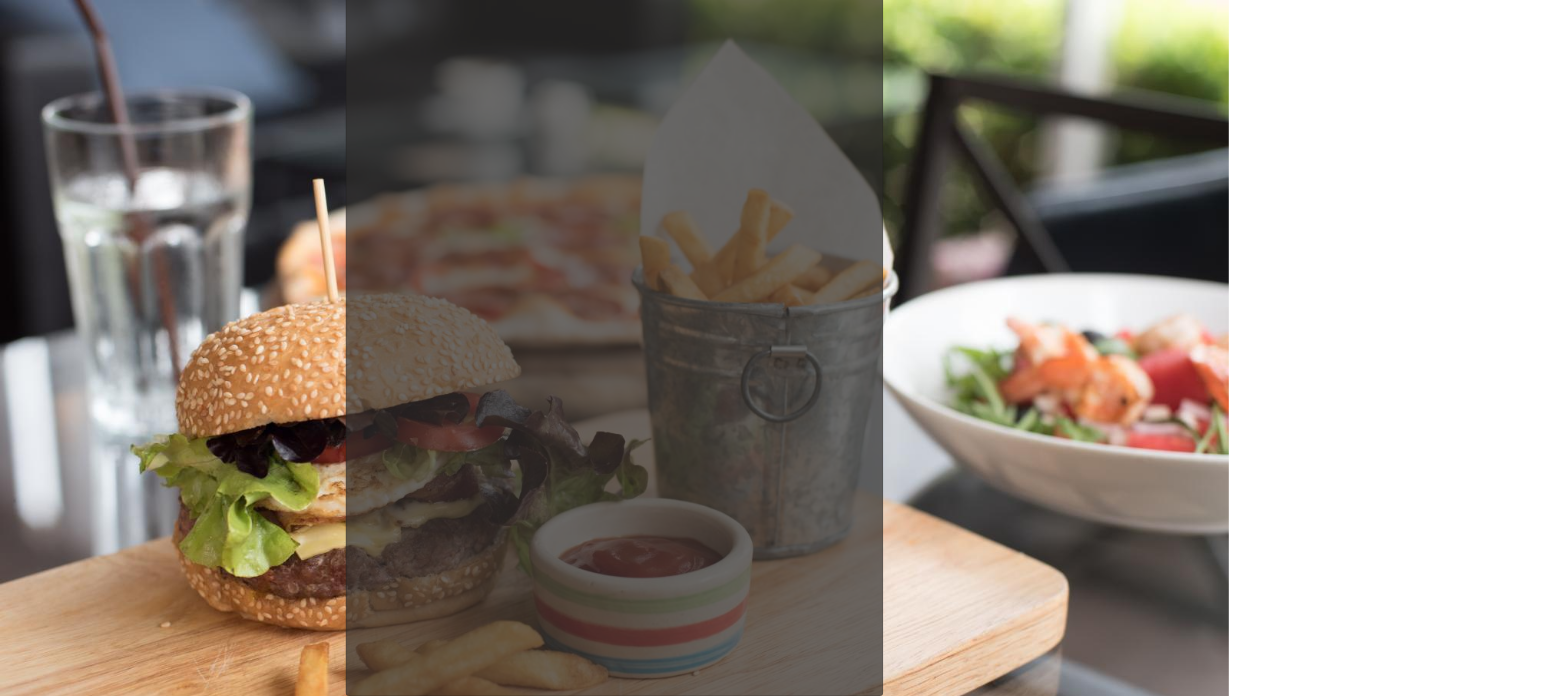
Repository: AnaMassaro/projetoRestaurante
Page: http://localhost/WEBRes/controleProduto.jsp
The author's editor kept a copy of each file at every save. The page is drawn from the files as they stood at one save, then again after the next save.
The browser window is 1280 px wide. The page is 1505 px wide, then 1633 px, so the pictures cover 1633 px, including what lies to the right of the window. The pictures show the whole page, at 96% of full size.
The page is served by Tomcat 9. Other server files are loaded and not shown.

Above is the page before, as saved 2019-12-11 11:02:51.
Console error: TypeError: Cannot read properties of undefined (reading 'fn')
Not found: WEBRes/WEBRes/style.css

### WEBRes/WebContent/controleProduto.jsp
<%@ page language="java" contentType="text/html; charset=ISO-8859-1"
    pageEncoding="ISO-8859-1"
    %>
<!DOCTYPE html PUBLIC "-//W3C//DTD HTML 4.01 Transitional//EN" "http://www.w3.org/TR/html4/loose.dtd">
<%@page import="model.Produto"%>
<%@page import="java.util.List"%>
<%@page import="control.ProdutoDAO"%>
<html>
<head>
<meta http-equiv="Content-Type" content="text/html; charset=ISO-8859-1">
<title>Controle de Produtos</title>

	<meta name="viewport" content="width=device-width, initial-scale=1.0">
    <meta http-equiv="X-UA-Compatible" content="ie=edge">
	<script type="text/javascript" src="bootstrap/js/bootstrap.js"></script>
	<link rel="stylesheet" href="bootstrap/css/bootstrap.css">
	<link rel="stylesheet" href="style.css">

	    <style>

		body,html{
			height:100%;
		}

        body {
            background-image:url(./img/plano2.jpg);
            background-repeat: no-repeat;
            background-size: cover;

        }

        .container {
	         width: 100vw;
	         height: 100vh;
	         display: flex;
	         flex-direction: row;
	         justify-content: center;
	         align-items: center;
    	 }

    	 #bt {
    	    margin: 0 15px;

    	 }

        </style>
</head>

<body>

		<div class="container c">
			<div class="row justify-content-center">
				<div class="col-12 col-lg-6">
					<div class="card p-1" style="background-color:rgba(46, 45, 44,0.7)">
						<div class="container">
							<div class="row justify-content-center">
								<div class="col-12">
								</div>
							</div>
						</div>
					</div>
				</div>
			</div>
		</div>



</body>

</html>

Loaded but not shown: WEBRes/WebContent/bootstrap/js/bootstrap.js (library); WEBRes/WebContent/bootstrap/css/bootstrap.css (library)

After the next save:
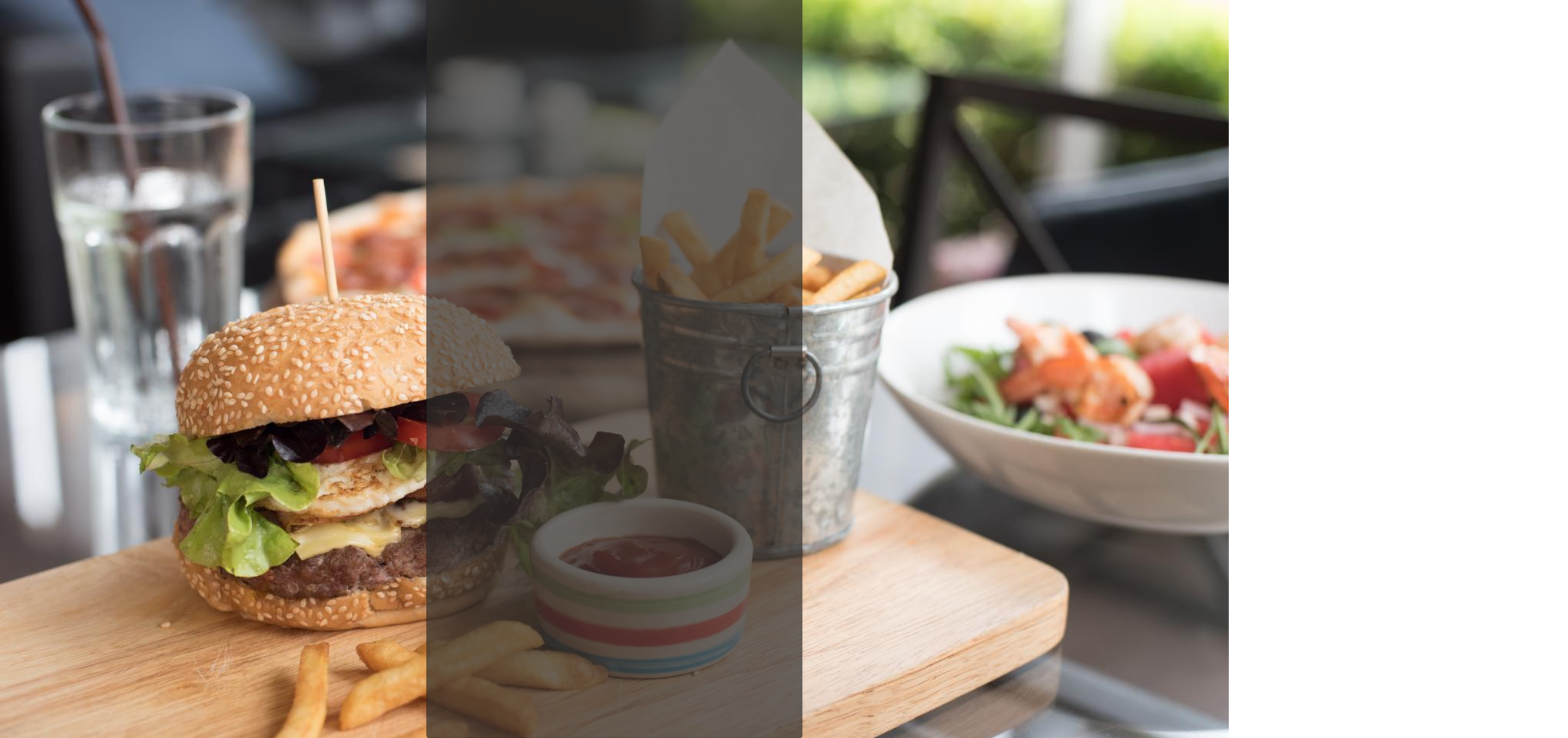
Saved 6 s later.
--- a/WEBRes/WebContent/controleProduto.jsp
+++ b/WEBRes/WebContent/controleProduto.jsp
@@ -50,8 +50,8 @@
 
 		<div class="container c">
 			<div class="row justify-content-center">
-				<div class="col-12 col-lg-6">
-					<div class="card p-1" style="background-color:rgba(46, 45, 44,0.7)">
+				<div class="col-12 col-lg-4">
+					<div class="card p-5" style="background-color:rgba(46, 45, 44,0.7)">
 						<div class="container">
 							<div class="row justify-content-center">
 								<div class="col-12">
